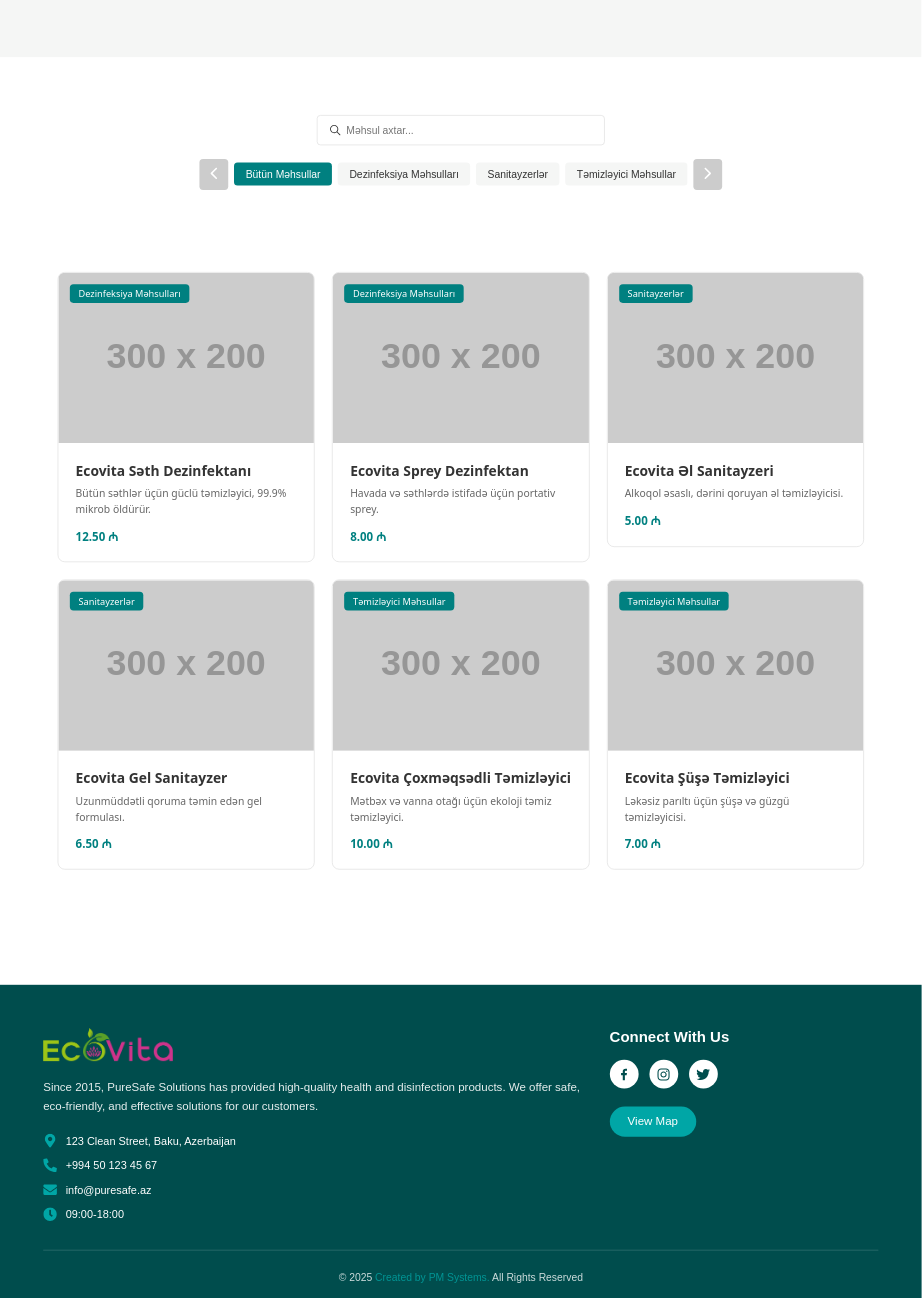
Repository: ferhadsultan98/ecovita
Page: /
The author's editor kept a copy of each file at every save. The page is drawn from the files as they stood at one save, then again after the next save.
The browser window is 1280 px wide. The pictures show the part of the page from y = 1472 to 3275 px (the page is 3275 px tall), at 72% of full size.
The project was rebuilt for these pictures with package versions that can differ from the ones it lists, and the page was loaded fresh each time. Also part of the build but not shown: vite.config.js.

Above is the page before, as saved 2025-05-02 11:33:11.

### index.html
<!doctype html>
<html lang="en">
  <head>
    <meta charset="UTF-8" />
    <link rel="shortcut icon" href="/public/assets/Fotolar/logobrowser.png" type="image/x-icon">
    <meta name="viewport" content="width=device-width, initial-scale=1.0" />
    <title>Ecovita - Menu</title>
  </head>
  <body>
    <div id="root"></div>
    <script type="module" src="/src/main.jsx"></script>
  </body>
</html>

### src/App.jsx
import React from "react";
import { I18nextProvider } from "react-i18next";
import i18n from "./Languages/i18n";
import "./App.scss";
import MainLayout from "./Components/Common/MainLayout";
import Home from "./Pages/Home/Home";
import MenuSection from "./Pages/MenuSection/MenuSection";

function App() {

  return (
    <I18nextProvider i18n={i18n}>
      <div className="app-container">
        <MainLayout>
        <Home  />
          <MenuSection  />
        </MainLayout>
      </div>
    </I18nextProvider>
  );
}

export default App;

### src/App.scss
* {
  margin: 0;
  padding: 0;
  box-sizing: border-box;
}

body {
  font-family: system-ui, -apple-system, BlinkMacSystemFont, "Segoe UI", Roboto,
    Oxygen, Ubuntu, Cantarell, "Open Sans", "Helvetica Neue", sans-serif;
}

### src/Components/Common/MainLayout.jsx
import React from 'react';
import Header from './Header/Header';
import Footer from './Footer/Footer';

const MainLayout = ({ children }) => {
  return (
    <>
      <Header />
      {children}
      <Footer />
    </>
  );
};

export default MainLayout;

### src/Components/Common/Header/Header.jsx
import { useState, useEffect, useRef } from "react";
import "./Header.scss";
import { motion, AnimatePresence } from "framer-motion";
import { useTranslation } from "react-i18next";
import { FaSyringe } from "react-icons/fa";
import EcovitaLogo from '../../../../public/assets/Fotolar/logo.png'
const Header = () => {
  const [scrolled, setScrolled] = useState(false);
  const dropdownRef = useRef(null);




  useEffect(() => {
    const handleScroll = () => {
      setScrolled(window.scrollY > 20);
    };

    window.addEventListener("scroll", handleScroll);
    return () => window.removeEventListener("scroll", handleScroll);
  }, []);

  2



  const scrollToTop = () => {
    window.scrollTo({ top: 0, behavior: "smooth" });
  };

  const scrollToProducts = () => {
    const productsSection = document.getElementById("products");
    if (productsSection) {
      productsSection.scrollIntoView({ behavior: "smooth", block: "start" });
    }
  };

  return (
    <header className={`header ${scrolled ? "scrolled" : ""}`}>
      <div className="header-container">
        <a onClick={scrollToTop} className="logo">
          <img src={EcovitaLogo} alt="Ecovita_logo" />
        </a>
        <button className="products-button" onClick={scrollToProducts}>
          Məhsullar
          <span className="products-icon">
            <FaSyringe />
          </span>
        </button>
      </div>
    </header>
  );
};

export default Header;

### src/Pages/MenuSection/MenuSection.scss
$primary-color: #008080; // Teal for health and cleanliness
$secondary-color: #ffffff;
$accent-color: #f5f6f5; // Light gray for clean aesthetic
$text-color: #333333;
$border-color: #e0e0e0;

.menu-section {
  padding: 5rem 0;
  background: $secondary-color;

  .menu-navbar-wrapper {
    background: $secondary-color;
    transition: all 0.3s ease;

    &.sticky {
      position: fixed;
      top: 100px;
      left: 0;
      width: 100%;
      z-index: 1000;
      box-shadow: 0 2px 4px rgba(0, 0, 0, 0.1);
      padding: 0.5rem 0;
    }

    .container {
      max-width: 1200px;
      margin: 0 auto;
      padding: 0 1.5rem;
    }

    .error-message {
      color: #d32f2f;
      background: #ffebee;
      padding: 0.75rem;
      border-radius: 5px;
      margin-bottom: 1rem;
      text-align: center;
      font-size: 0.9rem;
    }

    .menu-navbar-content {
      display: flex;
      flex-direction: column;
      gap: 1rem;
    }

    .menu-search {
      display: flex;
      justify-content: center;
      width: 100%;

      .search-input-wrapper {
        position: relative;
        width: 100%;
        max-width: 400px;


        .search-icon {
          position: absolute;
          top: 50%;
          left: 1rem;
          transform: translateY(-50%);
          color: $text-color;
          font-size: 1.2rem;
        }

        .search-input {
          width: 100%;
          padding: 0.75rem 1rem 0.75rem 2.5rem;
          border: 1px solid $border-color;
          border-radius: 5px;
          font-size: 0.9rem;
          outline: none;
          transition: border-color 0.3s ease;

          &:focus {
            border-color: $primary-color;
          }
        }

        .clear-search-button {
          position: absolute;
          top: 50%;
          right: 1rem;
          transform: translateY(-50%);
          background: none;
          border: none;
          color: $text-color;
          font-size: 1rem;
          cursor: pointer;
          padding: 0;
        }
      }
    }

    .menu-filter {
      display: flex;
      justify-content: center;

      .menu-filter-container {
        display: flex;
        align-items: center;
        justify-content: center;
        gap: 0.5rem;
        width: 100%;
        position: relative;

        .scroll-button {
          background: $primary-color;
          color: $secondary-color;
          border: none;
          padding: 0.5rem;
          border-radius: 5px;
          cursor: pointer;
          transition: background 0.3s ease;

          &:hover:not(.scroll-button-disabled) {
            background: darken($primary-color, 10%);
          }

          &.scroll-button-disabled {
            background: #ccc;
            cursor: not-allowed;
          }
        }

        .menu-filter-list {
          display: flex;
          gap: 0.5rem;
          overflow-x: auto;
          scroll-behavior: smooth;
          padding: 0.5rem 0;
          -ms-overflow-style: none;
          scrollbar-width: none;

          &::-webkit-scrollbar {
            display: none;
          }

          .menu-filter-item {
            flex: 0 0 auto;
          }

          .menu-filter-button {
            background: $accent-color;
            color: $text-color;
            border: none;
            padding: 0.5rem 1rem;
            border-radius: 5px;
            font-size: 0.9rem;
            font-weight: 500;
            cursor: pointer;
            transition: all 0.3s ease;
            white-space: nowrap;

            &.menu-filter-button-active {
              background: $primary-color;
              color: $secondary-color;
            }

            &:hover {
              background: darken($accent-color, 10%);
            }

            &.menu-filter-button-active:hover {
              background: darken($primary-color, 10%);
            }
          }
        }
      }
    }
  }

  .menu-content {
    margin-top: 2rem;
    padding: 5rem;

    .menu-grid {
      display: grid;
      grid-template-columns: repeat(auto-fit, minmax(300px, 1fr));
      gap: 1.5rem;

      .menu-item {
        .menu-item-card {
          background: $secondary-color;
          border: 1px solid $border-color;
          border-radius: 10px;
          overflow: hidden;
          transition: transform 0.3s ease, box-shadow 0.3s ease;

          &:hover {
            transform: translateY(-5px);
            box-shadow: 0 4px 12px rgba(0, 0, 0, 0.1);
          }

          .menu-item-image {
            position: relative;
            width: 100%;
            padding-top: 66.67%; // 3:2 aspect ratio

            img {
              position: absolute;
              top: 0;
              left: 0;
              width: 100%;
              height: 100%;
              object-fit: cover;
            }

            .menu-item-category-badge {
              position: absolute;
              top: 1rem;
              left: 1rem;
              background: $primary-color;
              color: $secondary-color;
              padding: 0.25rem 0.75rem;
              border-radius: 5px;
              font-size: 0.8rem;
              font-weight: 500;
            }
          }

          .menu-item-content {
            padding: 1.5rem;

            .menu-item-title {
              font-size: 1.2rem;
              font-weight: 600;
              color: $text-color;
              margin-bottom: 0.5rem;
            }

            .menu-item-description {
              font-size: 0.9rem;
              color: lighten($text-color, 20%);
              line-height: 1.5;
              margin-bottom: 1rem;
            }

            .menu-item-footer {
              display: flex;
              justify-content: space-between;
              align-items: center;

              .menu-item-price {
                font-size: 1rem;
                font-weight: 600;
                color: $primary-color;
              }
            }
          }
        }
      }
    }

    .no-results-found {
      text-align: center;
      padding: 2rem;

      h3 {
        font-size: 1.5rem;
        color: $text-color;
        margin-bottom: 1rem;
      }

      p {
        font-size: 1rem;
        color: lighten($text-color, 20%);
        margin-bottom: 1.5rem;
      }

      .reset-filter-button {
        background: $primary-color;
        color: $secondary-color;
        border: none;
        padding: 0.75rem 1.5rem;
        border-radius: 5px;
        font-size: 0.9rem;
        cursor: pointer;
        transition: background 0.3s ease;

        &:hover {
          background: darken($primary-color, 10%);
        }
      }
    }

    .menu-load-more {
      text-align: center;
      margin-top: 2rem;

      .load-more-button {
        background: $primary-color;
        color: $secondary-color;
        border: none;
        padding: 0.75rem 2rem;
        border-radius: 5px;
        font-size: 1rem;
        font-weight: 500;
        cursor: pointer;
        transition: background 0.3s ease;

        &:hover {
          background: darken($primary-color, 10%);
        }
      }
    }
  }

  // Responsive design
  @media (max-width: 1024px) {
    .menu-content {
      padding: 1rem;
      .menu-grid {
        grid-template-columns: repeat(auto-fit, minmax(250px, 1fr));
      }
    }
  }

  @media (max-width: 768px) {
    padding: 3rem 0;

    .menu-navbar-wrapper {
      &.sticky {
        padding: 0.25rem 0;
        top: 50px;
      }

      .menu-search {
        .search-input-wrapper {
          max-width: 100%;

          .search-input {
            padding: 0.6rem 1rem 0.6rem 2.5rem;
            font-size: 0.85rem;
          }

          .search-icon {
            font-size: 1.1rem;
          }
        }
      }

      .menu-filter {
        .menu-filter-container {
          .scroll-button {
            padding: 0.4rem;
          }

          .menu-filter-list {
            .menu-filter-button {
              padding: 0.4rem 0.8rem;
              font-size: 0.85rem;
            }
          }
        }
      }
    }

    .menu-content {
      padding: 1rem;
      .menu-grid {
        grid-template-columns: 1fr;

        .menu-item {
          .menu-item-card {
            .menu-item-content {
              padding: 1rem;

              .menu-item-title {
                font-size: 1.1rem;
              }

              .menu-item-description {
                font-size: 0.85rem;
              }

              .menu-item-price {
                font-size: 0.9rem;
              }
            }
          }
        }
      }

      .no-results-found {
        h3 {
          font-size: 1.3rem;
        }

        p {
          font-size: 0.9rem;
        }

        .reset-filter-button {
          padding: 0.6rem 1.2rem;
          font-size: 0.85rem;
        }
      }

      .menu-load-more {
        .load-more-button {
          padding: 0.6rem 1.5rem;
          font-size: 0.9rem;
        }
      }
    }
  }

  @media (max-width: 480px) {
    .menu-navbar-wrapper {
      .menu-search {
        .search-input-wrapper {
          .search-input {
            padding: 0.5rem 1rem 0.5rem 2rem;
          }

          .search-icon {
            font-size: 1rem;
          }
        }
      }

      .menu-filter {
        .menu-filter-container {
          .scroll-button {
            padding: 0.3rem;
          }

          .menu-filter-list {
            gap: 0.3rem;

            .menu-filter-button {
              padding: 0.3rem 0.6rem;
              font-size: 0.8rem;
            }
          }
        }
      }
    }
  }
}

### src/Components/Common/Header/Header.scss
$primary-color: #008080; // Teal for health and cleanliness
$secondary-color: #ffffff;
$accent-color: #f5f6f5; // Light gray for clean aesthetic
$text-color: #333333;
$scroll-bg: #ffffff;

.header {
  position: fixed;
  top: 0;
  left: 0;
  width: 100%;
  background: transparent;
  transition: all 0.3s ease;
  z-index: 1000;
  padding: 1.5rem 0;

  &.scrolled {
    background: $scroll-bg;
    box-shadow: 0 2px 4px rgba(0, 0, 0, 0.1);
    padding: 1rem 0;
  }

  .header-container {
    max-width: 1200px;
    margin: 0 auto;

    display: flex;
    align-items: center;
    justify-content: space-between;
    gap: 1rem;
  }

  .logo {
    display: flex;
    align-items: center;
    cursor: pointer;
    text-decoration: none;
    max-height: 80px;

    img {
      height: 100%;
    }
  }

  .products-button {
    display: flex;
    align-items: center;
    gap: 0.5rem;
    background: $primary-color;
    color: $secondary-color;
    border: none;
    padding: 0.5rem 1rem;
    border-radius: 5px;
    font-size: 1rem;
    font-weight: 500;
    cursor: pointer;
    transition: background 0.3s ease;

    &:hover {
      background: darken($primary-color, 10%);
    }

    .products-icon {
      font-size: 1.2rem;
    }
  }

  .header-actions {
    display: flex;
    align-items: center;
    gap: 1rem;
  }

  .lang-dropdown {
    position: relative;

    .lang-current {
      display: flex;
      align-items: center;
      gap: 0.5rem;
      background: none;
      border: 1px solid $secondary-color;
      color: $secondary-color;
      padding: 0.5rem 1rem;
      border-radius: 5px;
      font-size: 0.9rem;
      cursor: pointer;
      transition: all 0.3s ease;

      .scrolled & {
        border-color: $primary-color;
        color: $primary-color;
      }

      .fa-chevron-down {
        font-size: 0.8rem;
        transition: transform 0.2s ease;

        &.open {
          transform: rotate(180deg);
        }
      }
    }

    .lang-options {
      position: absolute;
      top: 100%;
      right: 0;
      background: $secondary-color;
      border: 1px solid $accent-color;
      border-radius: 5px;
      margin-top: 0.5rem;
      min-width: 150px;
      box-shadow: 0 4px 8px rgba(0, 0, 0, 0.1);
      list-style: none;
      padding: 0;

      li {
        display: flex;
        align-items: center;
        gap: 0.5rem;
        padding: 0.75rem 1rem;
        cursor: pointer;
        transition: background 0.2s ease;

        &.active {
          background: $accent-color;
          font-weight: 500;
        }

        .lang-code {
          font-size: 0.9rem;
          font-weight: 500;
          color: $text-color;
        }

        .lang-name {
          font-size: 0.9rem;
          color: $text-color;
        }
      }
    }
  }

  // Responsive design
  @media (max-width: 768px) {
    padding: 1rem 0;

    &.scrolled {
      padding: 0.75rem 0;
    }

    .header-container {
      padding: 0 1rem;
      flex-wrap: wrap;
    }

    .products-button {
      font-size: 16px;
      padding: 5px;

      .products-icon {
        font-size: 12px;
      }
    }

    .lang-current {
      font-size: 0.8rem;
      padding: 0.4rem 0.8rem;
    }

    .lang-options {
      min-width: 120px;

      li {
        padding: 0.5rem 0.75rem;

        .lang-code,
        .lang-name {
          font-size: 0.8rem;
        }
      }
    }
  }

  @media (max-width: 480px) {
    .logo {
      height: 20px !important;
    }

    .header-container {
      align-items: flex-start;
      gap: 0.5rem;
    }

    .header-actions {
      width: 100%;
      justify-content: flex-end;
    }
  }
}

Loaded but not shown: src/main.jsx (common file); src/Languages/AZ/AZ.json (32 lines, source omitted); src/Languages/RU/RU.json (31 lines, source omitted); src/Languages/EN/EN.json (30 lines, source omitted); src/Languages/i18n.js (34 lines, source omitted); src/Pages/MenuSection/MenuSection.jsx (379 lines, source omitted); src/Pages/Home/Home.scss (379 lines, source omitted); src/Pages/Home/Home.jsx (189 lines, source omitted); src/Components/Common/Footer/Footer.scss (300 lines, source omitted); src/Components/Common/Footer/Footer.jsx (137 lines, source omitted); src/index.css (no stored copy; drawn as an empty file)

After the next save:
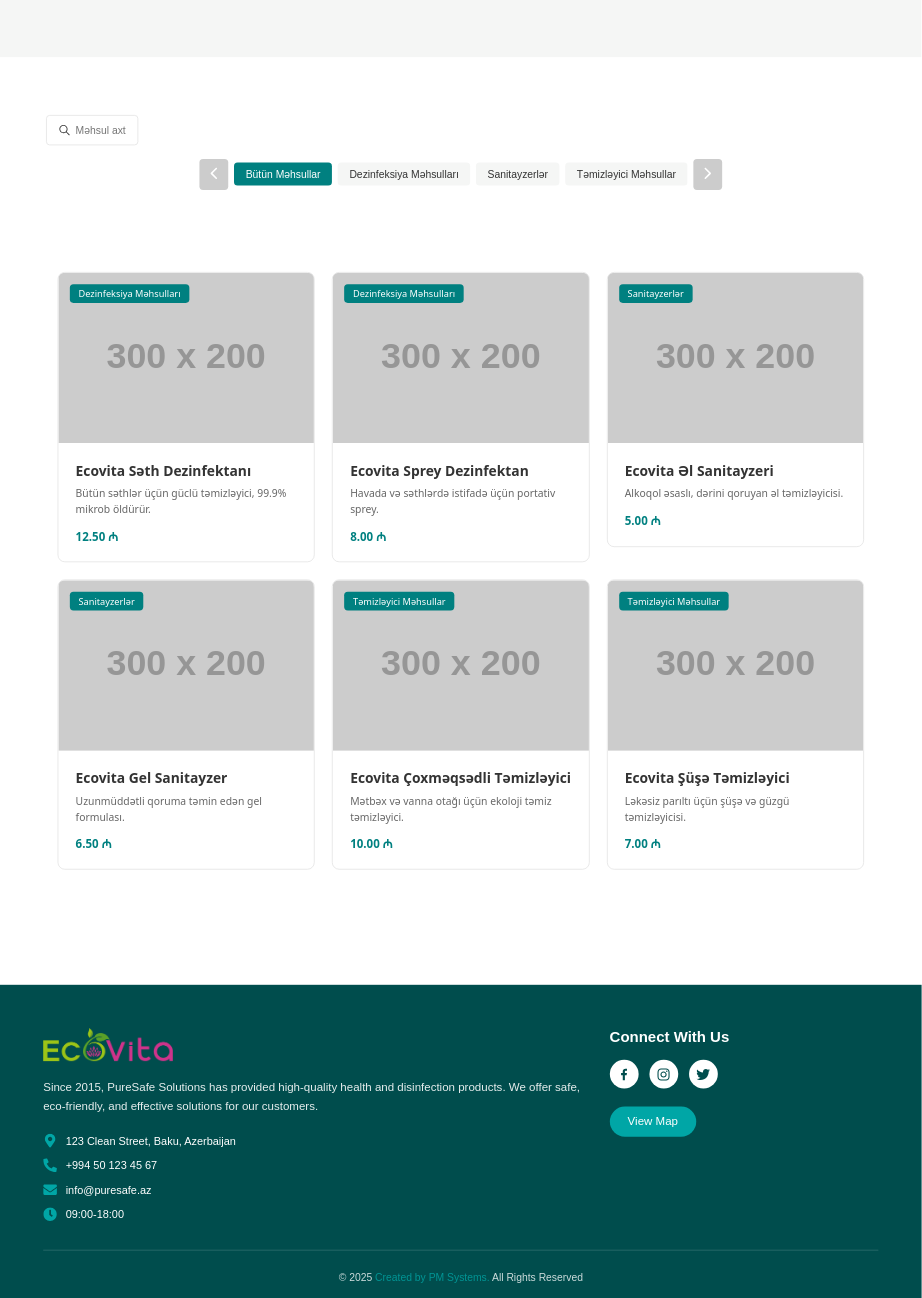
Saved 7 s later.
--- a/src/Pages/MenuSection/MenuSection.scss
+++ b/src/Pages/MenuSection/MenuSection.scss
@@ -47,7 +47,7 @@
     .menu-search {
       display: flex;
       justify-content: center;
-      width: 100%;
+      width: 10vw;
 
       .search-input-wrapper {
         position: relative;

After the save that followed:
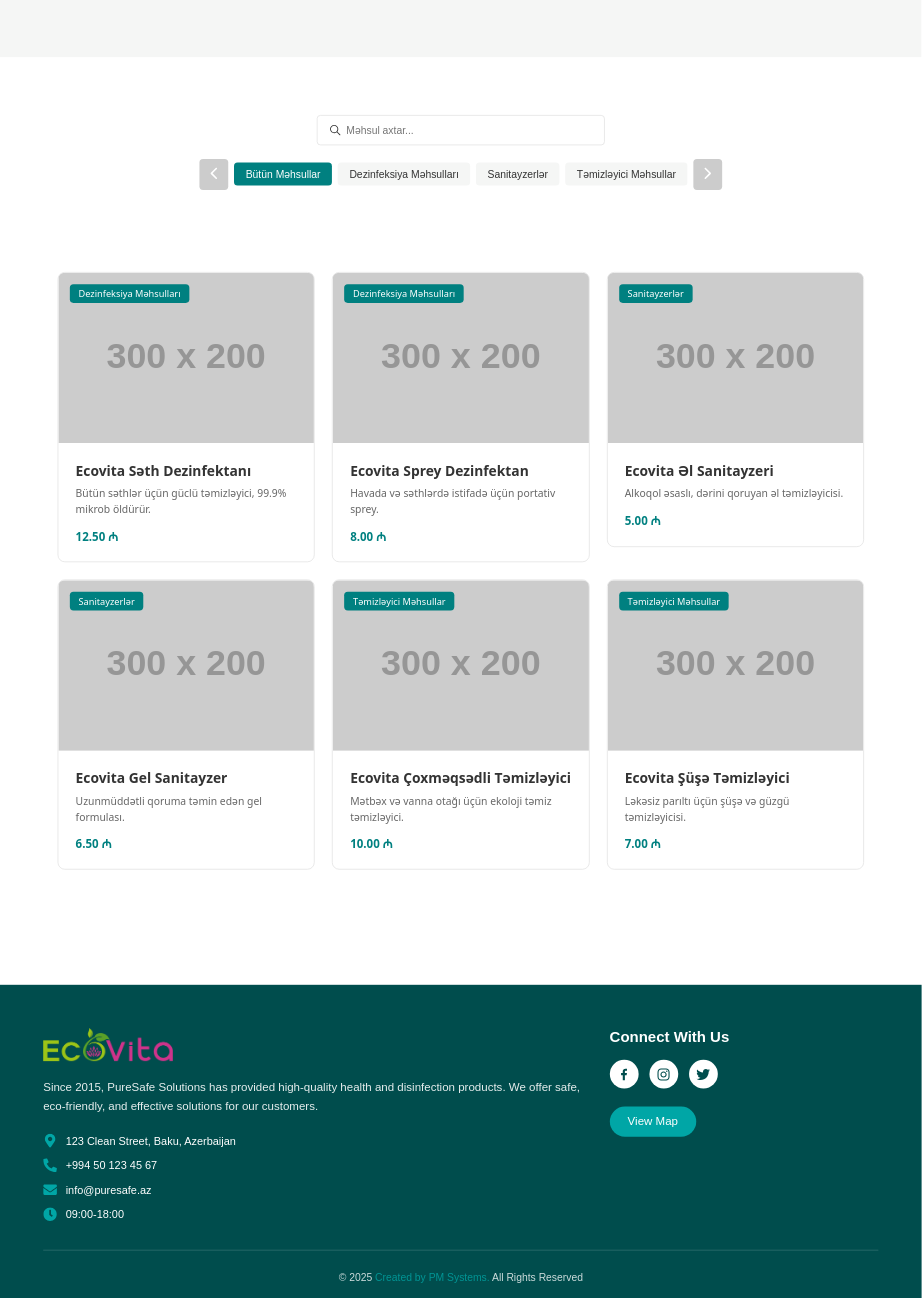
Saved 8 s later.
--- a/src/Pages/MenuSection/MenuSection.scss
+++ b/src/Pages/MenuSection/MenuSection.scss
@@ -47,7 +47,6 @@
     .menu-search {
       display: flex;
       justify-content: center;
-      width: 10vw;
 
       .search-input-wrapper {
         position: relative;
